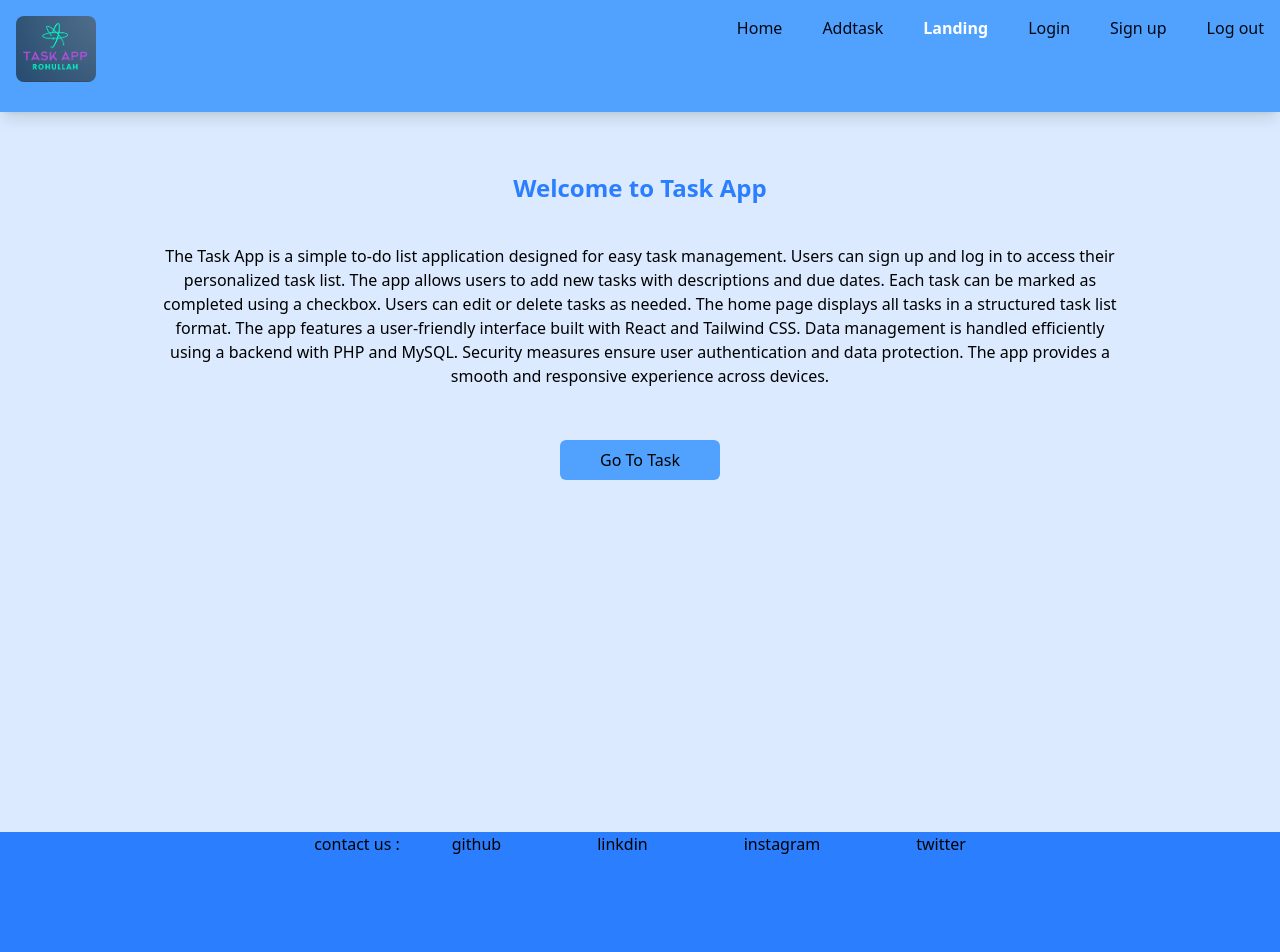
Repository: Rohullah-Noori/TaskApp
Page: /
The author's editor kept a copy of each file at every save. The page is drawn from the files as they stood at one save, then again after the next save.
The browser window is 1280 px wide. The pictures show the whole page.
The project was rebuilt for these pictures with package versions that can differ from the ones it lists, and the page was loaded fresh each time. Also part of the build but not shown: vite.config.js, src/components/Loader.jsx, src/pages/Home.jsx, src/pages/Login.jsx, src/pages/Signup.jsx, src/pages/Addtask.jsx, src/pages/Edittask.jsx, src/pages/Errorpage.jsx and 1 more.

Above is the page before, as saved 2025-03-01 05:01:26.

### src/index.css
@import "tailwindcss";

.input {
  @apply border-3 border-blue-200 focus:outline-blue-500 w-full rounded-md p-1;
}

.containerForm {
  @apply flex items-center justify-center h-screen bg-blue-100 flex-grow overflow-y-auto;
}
.parentContainerForm {
  @apply w-full max-w-md bg-white p-8 rounded-lg shadow-lg;
}

.heading {
  @apply text-3xl font-bold mb-6 text-gray-800 text-center p-4;
}

.taskContainer {
  @apply bg-blue-100 h-screen justify-center flex;
}
.taskinnerContainer {
  @apply mt-10 text-center h-[90%]  shadow-lg bg-amber-50  rounded-xl p-10  max-w-md w-full;
}

.btndesign {
  @apply mt-3 cursor-pointer rounded-md py-2 mb-2  w-40 bg-blue-400  hover:bg-blue-500 hover:text-white;
}

### src/App.jsx
import { TasksProvider } from "./components/TaskContext";
import { BrowserRouter as Router, Routes, Route } from "react-router-dom";
// import PrivateRoute from "./components/PrivateRoute";
import { AuthProvider } from "./components/PrivateContext";
import Landing from "./pages/Landing";
import Home from "./pages/Home";
import Login from "./pages/Login";
import Signup from "./pages/Signup";
import Addtask from "./pages/Addtask";
import Edittask from "./pages/Edittask";
import Errorpage from "./pages/Errorpage";
import Logout from "./pages/Logout";

function App() {
  return (
    <>
      <Router>
        <AuthProvider>
          <TasksProvider>
            <Routes>
              {/* <Route path="/" element={<PrivateRoute />}></Route> */}
              <Route index element={<Landing />} />
              <Route path="/addtask" element={<Addtask />} />
              <Route path="/home" element={<Home />} />
              <Route path="/edit-task/:taskId" element={<Edittask />} />
              <Route path="/login" element={<Login />} />

              <Route path="/signup" element={<Signup />} />
              <Route path="/logout" element={<Logout />} />

              <Route path="/*" element={<Errorpage />} />
            </Routes>
          </TasksProvider>
        </AuthProvider>
      </Router>
    </>
  );
}

export default App;

### src/components/TaskContext.jsx
import { createContext, useContext, useState } from "react";

const TaskContext = createContext();
export const TasksProvider = ({ children }) => {
  const [tasks, setTasks] = useState([]);
  const [loading, setIsloading] = useState(false);
  const addtask = (newtask) => {
    setTasks((prevtask) => [...prevtask, newtask]);
  };

  const updateTask = (taskId, taskdata) => {
    setTasks((prevtask) =>
      prevtask.map((task) =>
        task.id === Number(taskId)
          ? {
              ...task,
              title: taskdata.title,
              startTime: taskdata.startTime,
              endTime: taskdata.endTime,
            }
          : task
      )
    );
  };

  return (
    <TaskContext.Provider
      value={{
        tasks,
        addtask,
        setTasks,
        loading,
        setIsloading,
        updateTask,
      }}
    >
      {children}
    </TaskContext.Provider>
  );
};

export const useTasks = () => useContext(TaskContext);

### src/components/PrivateContext.jsx
import { createContext, useContext, useEffect, useState } from "react";
import { useNavigate } from "react-router-dom";

const AuthContext = createContext();
export const AuthProvider = ({ children }) => {
  const [islogin, setIslogin] = useState(() => {
    return localStorage.getItem("islogin") === "true";
  });
  const navigate = useNavigate();

  useEffect(
    function () {
      localStorage.setItem("islogin", islogin ? "true" : "false");
    },

    [islogin]
  );

  const login = () => {
    setIslogin(true);
    navigate("/home");
  };

  const logout = () => {
    setIslogin(false);
    navigate("/login");
  };

  return (
    <AuthContext.Provider value={{ login, logout, islogin }}>
      {children}
    </AuthContext.Provider>
  );
};

export const useAuth = () => useContext(AuthContext);

### src/pages/Landing.jsx
import { Link, useNavigate } from "react-router-dom";
import Button from "../components/Button";
import Navbar from "../components/Navbar";
import { useEffect, useState } from "react";
import Loader from "../components/Loader";
import Footer from "../components/Footer";

function Landing() {
  const [loading, setIsloading] = useState(false);
  const navigate = useNavigate();

  function handleClick() {
    setIsloading(true);
    setTimeout(() => {
      navigate("/home");
      setIsloading(false);
    }, 1000);
  }

  return (
    <>
      <Navbar />
      <div className="flex bg-blue-100 justify-items-center  sm:h-screen justify-center">
        <div className=" text-center mt-15 px-10 sm:px-20 md:px-30 lg:px-40 ">
          <h2 className="font-bold sm:text-2xl text-blue-500 ">
            Welcome to Task App
          </h2>
          <p className="mt-10">
            The Task App is a simple to-do list application designed for easy
            task management. Users can sign up and log in to access their
            personalized task list. The app allows users to add new tasks with
            descriptions and due dates. Each task can be marked as completed
            using a checkbox. Users can edit or delete tasks as needed. The home
            page displays all tasks in a structured task list format. The app
            features a user-friendly interface built with React and Tailwind
            CSS. Data management is handled efficiently using a backend with PHP
            and MySQL. Security measures ensure user authentication and data
            protection. The app provides a smooth and responsive experience
            across devices.
          </p>
          <div className="mt-10">
            {loading && <Loader />}
            <Button onClick={handleClick}>Go To Task</Button>
          </div>
        </div>
      </div>
      <Footer />
    </>
  );
}

export default Landing;

### src/components/Button.jsx
function Button({ children, onClick, disabled }) {
  return (
    <button onClick={onClick} disabled={disabled} className="btndesign">
      {children}
    </button>
  );
}

export default Button;

### src/components/Navbar.jsx
import { Link, useLocation } from "react-router-dom";
import { useState } from "react";
function Navbar() {
  const location = useLocation();
  const [Open, setIsOpen] = useState(false);

  function Toggle() {
    setIsOpen(!Open);
  }

  return (
    <nav className="bg-blue-400  flex shadow-lg p-4  justify-between    sticky top-0 z-10 ">
      <div className="size-20  ">
        <img src="../src/assets/logo/Capture.PNG" className="rounded-lg" />
      </div>
      <div className="lg:hidden">
        <button className="text-white" onClick={Toggle}>
          <svg
            xmlns="http://www.w3.org/2000/svg"
            fill="none"
            viewBox="0 0 24 24"
            stroke="currentColor"
            className="h-6 w-6"
          >
            <path
              strokeLinecap="round"
              strokeLinejoin="round"
              strokeWidth="2"
              d="M4 6h16M4 12h16M4 18h16"
            />
          </svg>
        </button>
      </div>
      <ul className=" hidden lg:flex space-x-10">
        {[
          {
            path: "/home",
            label: "Home",
          },
          {
            path: "/addtask",
            label: "Addtask",
          },
          {
            path: "/",
            label: "Landing",
          },
          {
            path: "/login",
            label: "Login",
          },

          {
            path: "/signup",
            label: "Sign up",
          },
          {
            path: "/logout",
            label: "Log out",
          },
        ].map((item) => (
          <li key={item.path}>
            <Link
              to={item.path}
              className={`hover:text-amber-50 active:text-amber-50 ${
                location.pathname === item.path
                  ? "text-white font-bold"
                  : "text-gray-950"
              }`}
            >
              {item.label}
            </Link>
          </li>
        ))}
      </ul>
      <div
        className={`${
          Open ? "block" : "hidden"
        } absolute w-full top-24 flex flex-col justify-center items-start pl-6  text-center left-0 bg-blue-400 text-white text-center py-4`}
      >
        {[
          {
            path: "/home",
            label: "Home",
          },
          {
            path: "/addtask",
            label: "Addtask",
          },
          {
            path: "/",
            label: "Landing",
          },
          {
            path: "/login",
            label: "Login",
          },

          {
            path: "/signup",
            label: "Sign up",
          },
          {
            path: "/edittask",
            label: "Edit",
          },
        ].map((item) => (
          <Link
            key={item.path}
            to={item.path}
            className={`hover:text-amber-50 active:text-amber-50 ${
              location.pathname === item.path
                ? "text-white font-bold"
                : "text-gray-950"
            }`}
          >
            {item.label}
          </Link>
        ))}
      </div>
    </nav>
  );
}

export default Navbar;

### src/components/Footer.jsx
function Footer() {
  return (
    <div className="w-full">
      <div className="bg-blue-500 w-full h-30 flex justify-center space-x-13">
        <div>
          <h1>contact us :</h1>
        </div>
        <div className="flex flex-row space-x-24">
          <span>github</span>
          <span>linkdin</span>
          <span>instagram</span>
          <span>twitter</span>
        </div>
      </div>
    </div>
  );
}

export default Footer;

Loaded but not shown: index.html (common file); src/main.jsx (common file)

After the next save:
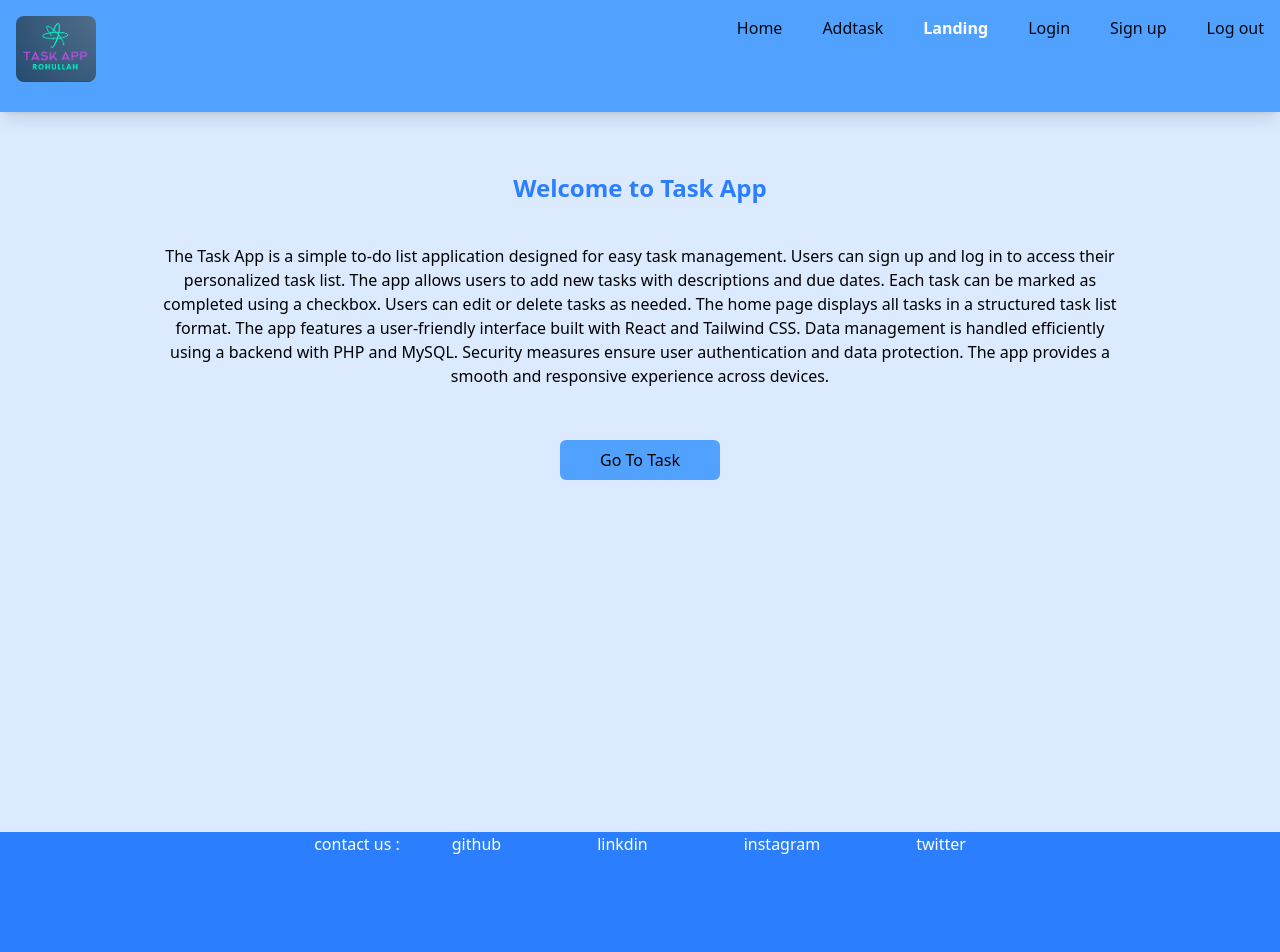
Saved 12 s later.
--- a/src/components/Footer.jsx
+++ b/src/components/Footer.jsx
@@ -1,7 +1,7 @@
 function Footer() {
   return (
     <div className="w-full">
-      <div className="bg-blue-500 w-full h-30 flex justify-center space-x-13">
+      <div className="bg-blue-500 w-full h-30 flex justify-center space-x-13 text-white">
         <div>
           <h1>contact us :</h1>
         </div>
